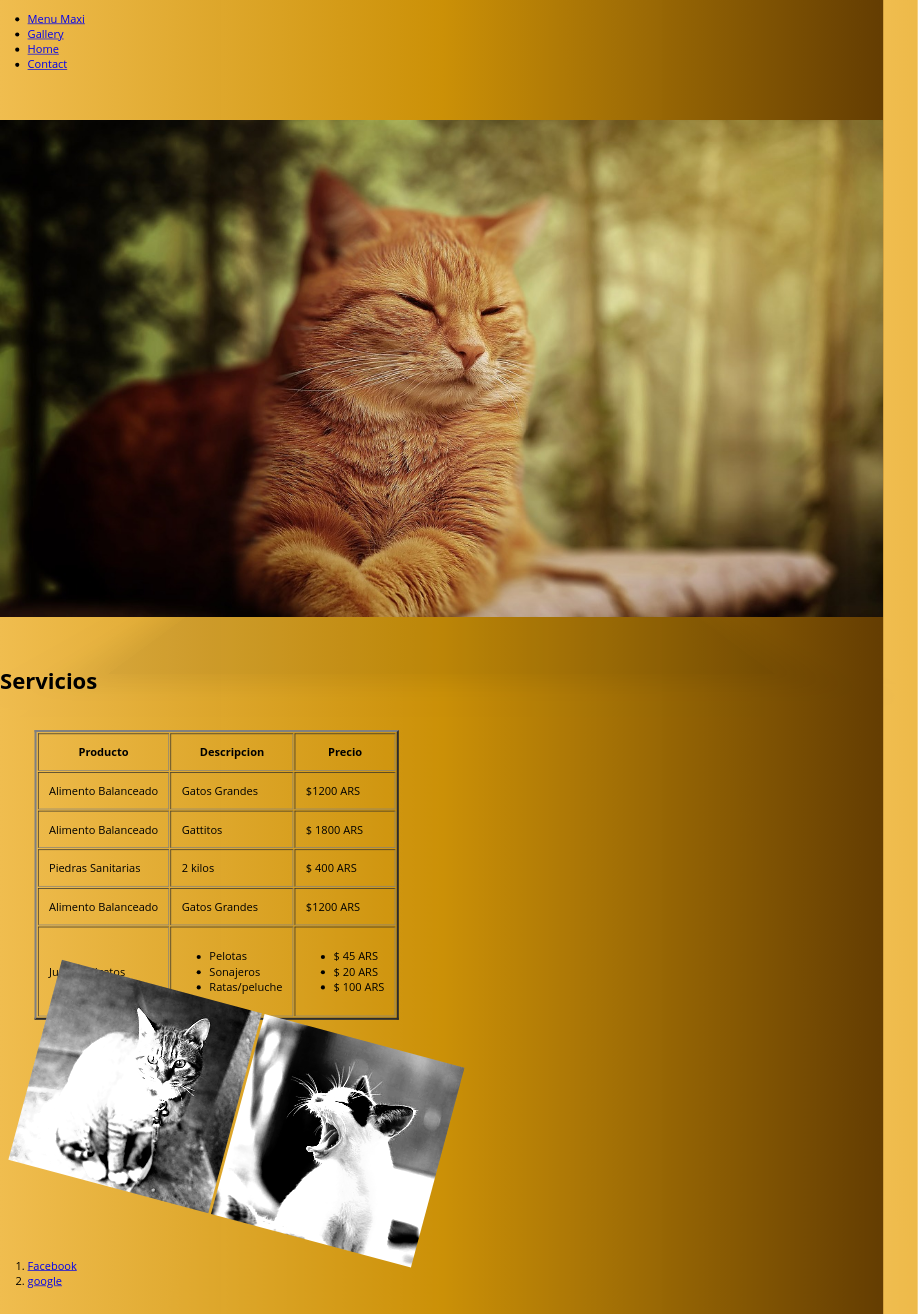
Repository: raul4264/final
Page: Services.html
The author's editor kept a copy of each file at every save. The page is drawn from the files as they stood at one save, then again after the next save.
The browser window is 1280 px wide. The page is 1330 px wide, so the pictures cover 1330 px, including what lies to the right of the window. The pictures show the whole page, at 69% of full size.

Above is the page before, as saved 2021-03-26 09:39:34.

### Services.html
<!DOCTYPE html>
<html lang="en">

<head>
    <meta charset="UTF-8">
    <meta http-equiv="X-UA-Compatible" content="IE=edge">
    <meta name="viewport" content="width=device-width, initial-scale=1.0">
    <title>Services</title>
    <link href="css/services.css" rel="stylesheet" type="text/css">
</head>

<body>
    <header>


        <nav>
            <nav>
                <ul class="uno">
                    <li class="item"><a href="menu_maxi.html">Menu Maxi</a></li>
                    <li class="item"><a href="Gallery.html">Gallery</a></li>
                    <li class="item"><a href="index.html">Home</a></li>
                    <li class="item"><a href="Contact.html">Contact</a></li>
                </ul>

            </nav>

        </nav>

    </header>
    <main>
        <div class="thumb">
            <a href="google.com">
                  <span>the optimist lives on</span>
            </a>
      </div>

        <h1>Servicios</h1>
        <section  class="table">

            <table border="3px" cellpadding="15px">
                <tr>
                    <th>Producto</th>
                    <th>Descripcion</th>
                    <th>Precio</th>
                </tr>
                <tr>
                    <td>Alimento Balanceado</td>
                    <td>Gatos Grandes</td>
                    <td> $1200 ARS</td>
                </tr>
                <tr>
                    <td>Alimento Balanceado</td>
                    <td>Gattitos</td>
                    <td>$ 1800 ARS</td>
                </tr>
                <tr>
                    <td>Piedras Sanitarias</td>
                    <td>2 kilos</td>
                    <td>$ 400 ARS</td>
                </tr>
                <tr>
                    <td>Alimento Balanceado</td>
                    <td>Gatos Grandes</td>
                    <td>$1200 ARS</td>
                </tr>
                <tr>
                    <td>Juguetes/gatos</td>
                    <td>
                        <ul>
                            <li>Pelotas</li>
                            <li>Sonajeros</li>
                            <li>Ratas/peluche</li>
                        </ul>
                    </td>
                    <td>
                        <ul>
                            <li>$ 45 ARS</li>
                            <li>$ 20 ARS</li>
                            <li>$ 100 ARS</li>
                        </ul>
                    </td>
                </tr>
            </table>
            <br>

        </section>


        <figure>
            <img src="images/3.jpg">
			<img src="images/2.jpg">

          </figure>

        </section>

    </main>


        <footer>
            <br>

            <ol>
                <li><a href="http://www.facebook.com" target="blanck">Facebook</a>

                </li>
                <li><a href="http://www.google.com" target="blanck">google</a>

                </li>
            </ol>
            <br>
        </footer>
</body>

</html>

### css/services.css


body{
	margin: 0;
    padding: 0;
    transition:all 3s ease-in-out;
}

img{
    width: 300px;
    filter: contrast(1.8) brightness(1.5) grayscale(1)
}

@import url(https://fonts.googleapis.com/css?family=Open+Sans);


body {

    /* background: linear-gradient(rgb(248, 217, 158), rgb(70, 46, 1)); */
    background: rgb(240,189,79);
background: linear-gradient(90deg, rgba(240,189,79,1) 0%, rgba(203,144,6,0.9948354341736695) 50%, rgb(100, 61, 2) 100%);
    font-family: 'Open Sans', sans-serif;
    height: 100vh;
    margin:0;
}

.thumb {
    width: 100vw;
    height: 100vh;
    margin: 70px auto;
    perspective: 1000px;
    transition:all 3s ease-in-out;
}

.thumb a {
    display: block;
    width: 100%;
    height: 100%;
    background: linear-gradient(rgba(0, 0, 0, 0.4), rgba(0, 0, 0, 0.4)),
		url("../images/1.jpg");
    background-size: 0, cover;
    transform-style: preserve-3d;
    transition: all 0.5s;
}

.thumb:hover a {
    transform: rotateX(80deg);
    transform-origin: bottom;
}
.thumb a:after {
    content: '';
    position: absolute;
    left: 0;
    bottom: 0;
    width: 100%;
    height: 36px;
    background: inherit;
    background-size: cover, cover;
    background-position: bottom;
    transform: rotateX(90deg);
    transform-origin: bottom;
}
.thumb a span {
    color: white;
    text-transform: uppercase;
    position: absolute;
    top: 100%;
    left: 0;
    width: 100%;
    font: bold 12px/36px "Open Sans";
    text-align: center;
    transform: rotateX(-89.99deg);
    transform-origin: top;
    z-index: 1;
}
.thumb a:before {
    content: '';
    position: absolute;
    top: 0;
    left: 0;
    width: 100%;
    height: 100%;
    background: rgba(0, 0, 0, 0.5);
    box-shadow: 0 0 100px 50px rgba(0, 0, 0, 0.5);
    transition: all 0.5s;
    opacity: 0.15;
    transform: rotateX(95deg) translateZ(-80px) scale(0.75);
    transform-origin: bottom;
}

.thumb:hover a:before {
    opacity: 1;
    box-shadow: 0 0 25px 25px rgba(0, 0, 0, 0.5);
    transform: rotateX(0) translateZ(-60px) scale(0.85);
}
.table{
    display: flex;
    transform:translate(50px, 30px) ;
}
figure{
    display: inline-block;
    transform: rotate(15deg );
}

After the next save:
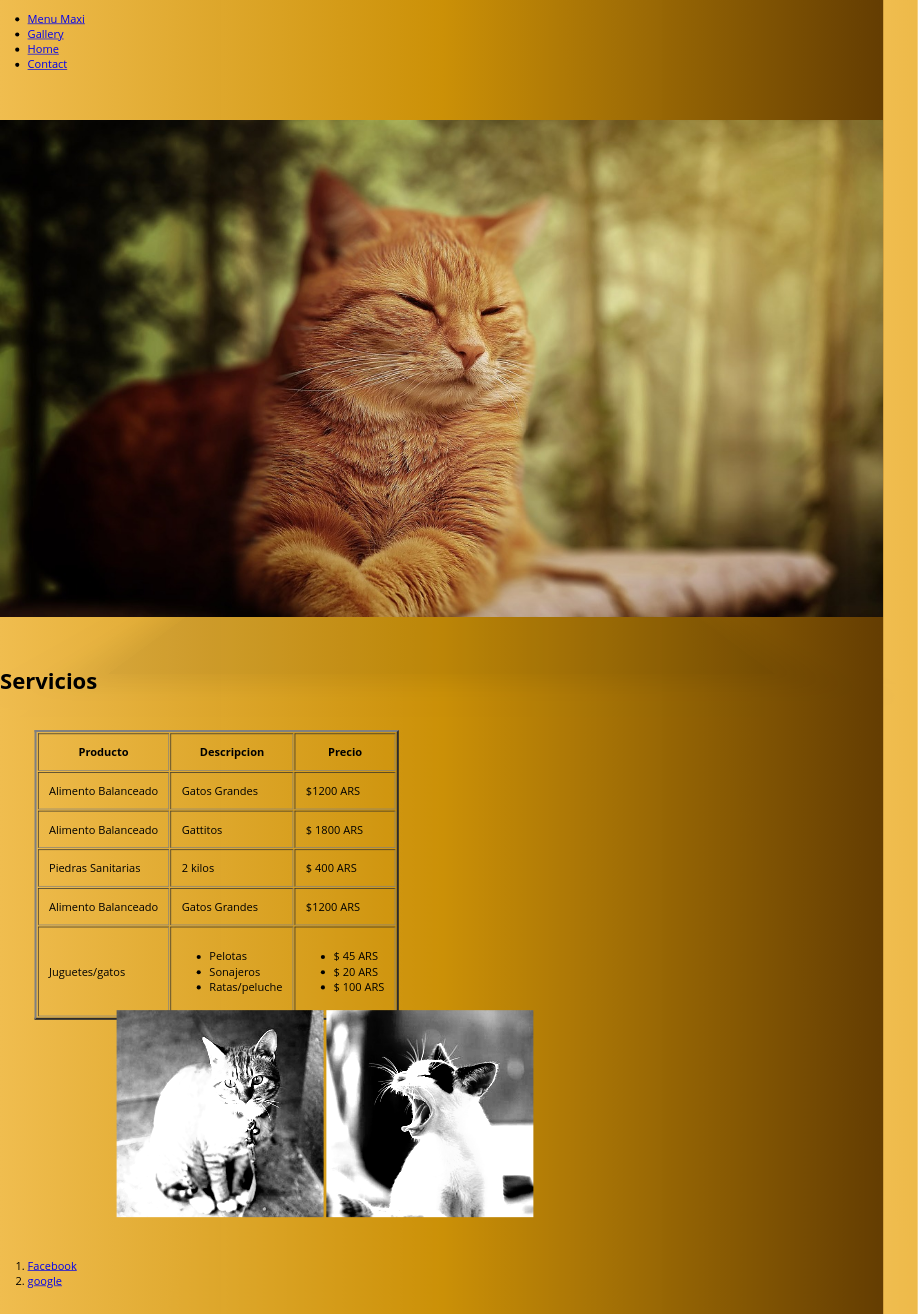
Saved 68 s later.
--- a/css/services.css
+++ b/css/services.css
@@ -100,4 +100,5 @@
 figure{
     display: inline-block;
     transform: rotate(15deg );
+    transform: translateX(129px);
 }

After the save that followed:
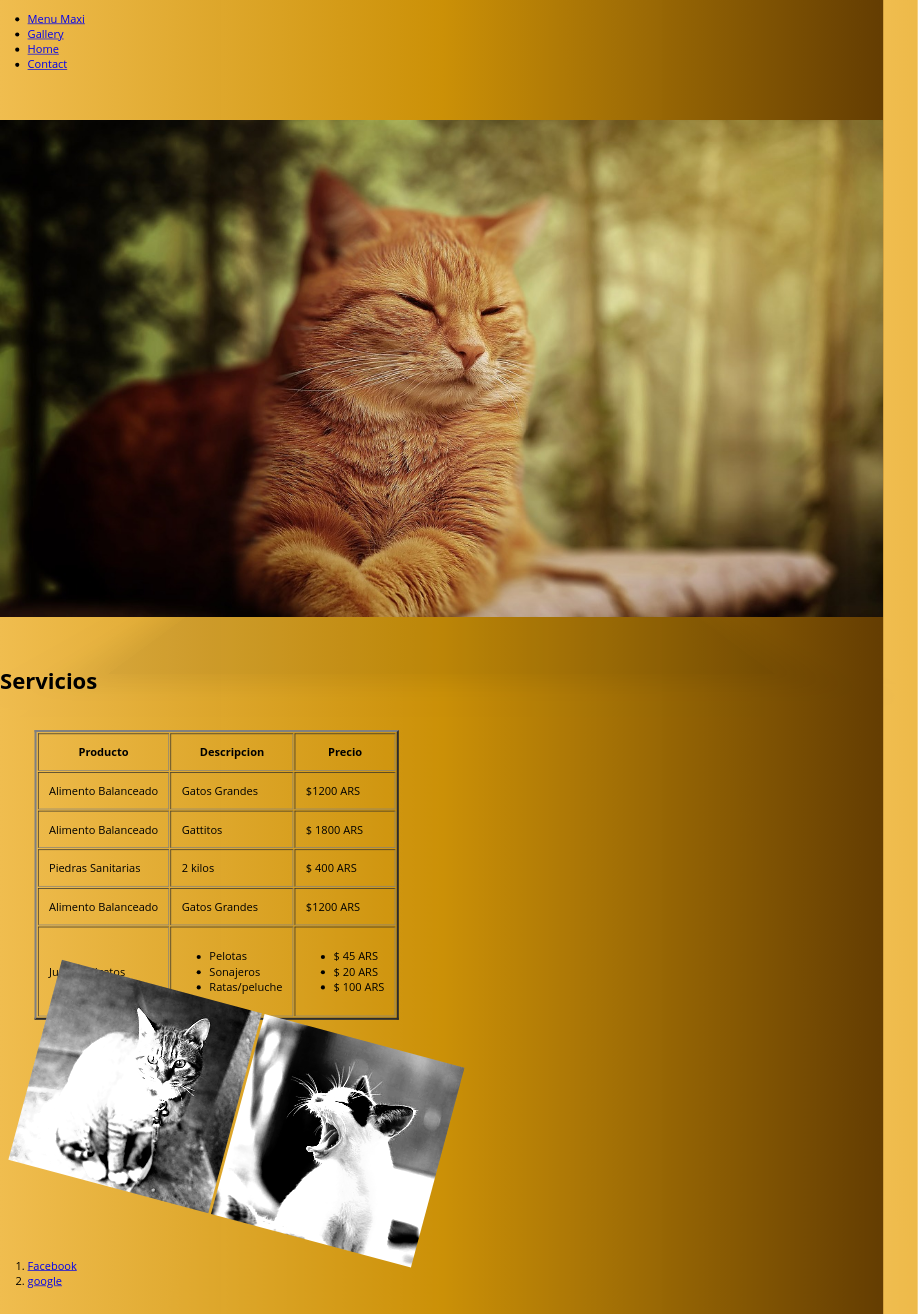
Saved 26 s later.
--- a/css/services.css
+++ b/css/services.css
@@ -100,5 +100,5 @@
 figure{
     display: inline-block;
     transform: rotate(15deg );
-    transform: translateX(129px);
+   /*  transform: translateX(129px); */
 }
